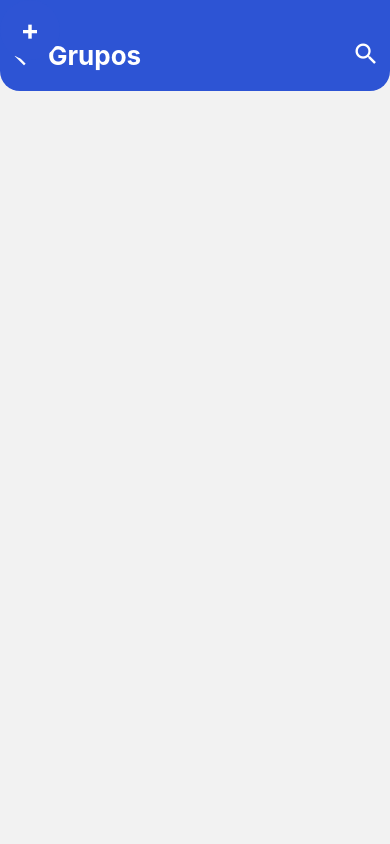
Repository: pheonix5/HeyChat
Screen: /
These files come from the project's save history. The screen is drawn as it stood at one moment and after a run of saves; the edit follows.
The app was drawn by React Native's web renderer in a window 390 px wide. The project was rebuilt for these pictures with package versions that can differ from the ones it lists, and the page was loaded fresh each time. Also part of the build but not shown: src/pages/SignIn/index.js.

Above is the screen before, as saved 2023-03-09 22:53:05.

### App.js
import React from 'react';
import Routes from './src/routes'
import { NavigationContainer } from '@react-navigation/native'

export default function heychat() {
 return (
   <NavigationContainer>
      <Routes/>
   </NavigationContainer>
  );
}

### src/routes/index.js
import React from 'react';
import AppRoutes from './app.routes';

export default function Routes(){
    return(
        <AppRoutes/>
    )
}

### src/routes/app.routes.js
import React from 'react';
import { createNativeStackNavigator } from '@react-navigation/native-stack';

import SignIn from '../pages/SignIn';
import ChatRoom from '../pages/ChatRoom';

const AppStack = createNativeStackNavigator();

export default function AppRoutes(){
    return(
        <AppStack.Navigator initialRouteName='ChatRoom'>
            <AppStack.Screen
                name='SignIn'
                component={SignIn}
                options={{
                    title: 'Faça login'
                }}
            />


            <AppStack.Screen
                name='ChatRoom'
                component={ChatRoom}
                options={{
                    headerShown: false
                }}
            />

        </AppStack.Navigator>

    )
}

### src/pages/ChatRoom/index.js
import React from 'react';
import {
  StyleSheet,
  Text,
  View,
  SafeAreaView,
  TouchableOpacity,
  FlatList,
} from 'react-native';

import auth from '@react-native-firebase/auth'

import {useNavigation} from '@react-navigation/native';
import MaterialIcons from 'react-native-vector-icons/MaterialIcons'

import FabButton from '../../Components/FabButton/'

export default function ChatRoom() {
  const navigation = useNavigation();

  function handleSignOut(){
    auth()
    .signOut()
    .then(() => {
      navigation.navigate("SignIn")
    }).catch(() => {
        console.log('Não possuim nenhum usuário');
    })
  }

 return (
   <SafeAreaView style={styles.container}>
    <View style={styles.headerRoom}>

      <View style={styles.headerRoomOLeft}>
        <TouchableOpacity onPress={handleSignOut}>
          <MaterialIcons name="arrow-back" size={28} color="#FFF"/>
        </TouchableOpacity>
        <Text style={styles.title}>Grupos</Text>
      </View>

      <TouchableOpacity>
        <MaterialIcons name="search" size={28} color="#FFF"/>
      </TouchableOpacity>
    </View>


    <FabButton/>
   </SafeAreaView>
  );
}

const styles = StyleSheet.create({
  container:{
    flex: 1,
  },
  headerRoom:{
    flexDirection: 'row',
    justifyContent: 'space-between',
    paddingTop: 40,
    paddingBottom: 20,
    paddingHorizontal: 10,
    backgroundColor: '#2d54d4',
    borderBottomRightRadius: 20,
    borderBottomLeftRadius: 20,
  },
  headerRoomOLeft:{
    flexDirection: 'row',
    alignItems: 'center'
  },
  title:{
    fontSize: 26,
    fontWeight: 'bold',
    color: '#FFF',
    paddingLeft: 10
  }
})

### src/Components/FabButton/index.js
import React from 'react';
import { View, Text, StyleSheet, TouchableOpacity } from 'react-native';

export default function FabButton() {
 return (
   <TouchableOpacity style={styles.containerButton}>
    <View>
        <Text style={styles.text}>+</Text>
    </View>
   </TouchableOpacity>
  );
}


const styles = StyleSheet.create({
  containerButton:{
    backgroundColor: '#2e54d4',
    width: 60,
    height: 60,
    borderRadius: 30,
    justifyContent: 'center',
    alignItems: 'center',
    position: 'absolute'
  },
  text:{
    fontSize: 28,
    color: '#FFF',
    fontWeight: 'bold'
  }
})

After the next 2 saves:
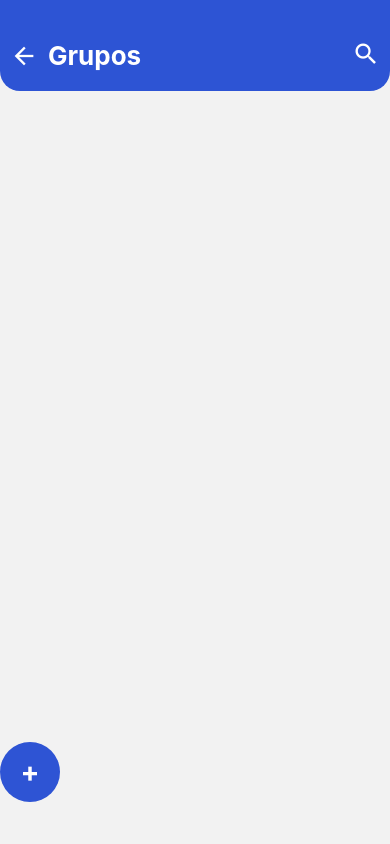
The 2 saves are shown as one change because 1 did not build or start.
The last was saved 20 s later.
--- a/src/Components/FabButton/index.js
+++ b/src/Components/FabButton/index.js
@@ -20,7 +20,8 @@ const styles = StyleSheet.create({
     borderRadius: 30,
     justifyContent: 'center',
     alignItems: 'center',
-    position: 'absolute'
+    position: 'absolute',
+    bottom: '5%'
   },
   text:{
     fontSize: 28,
